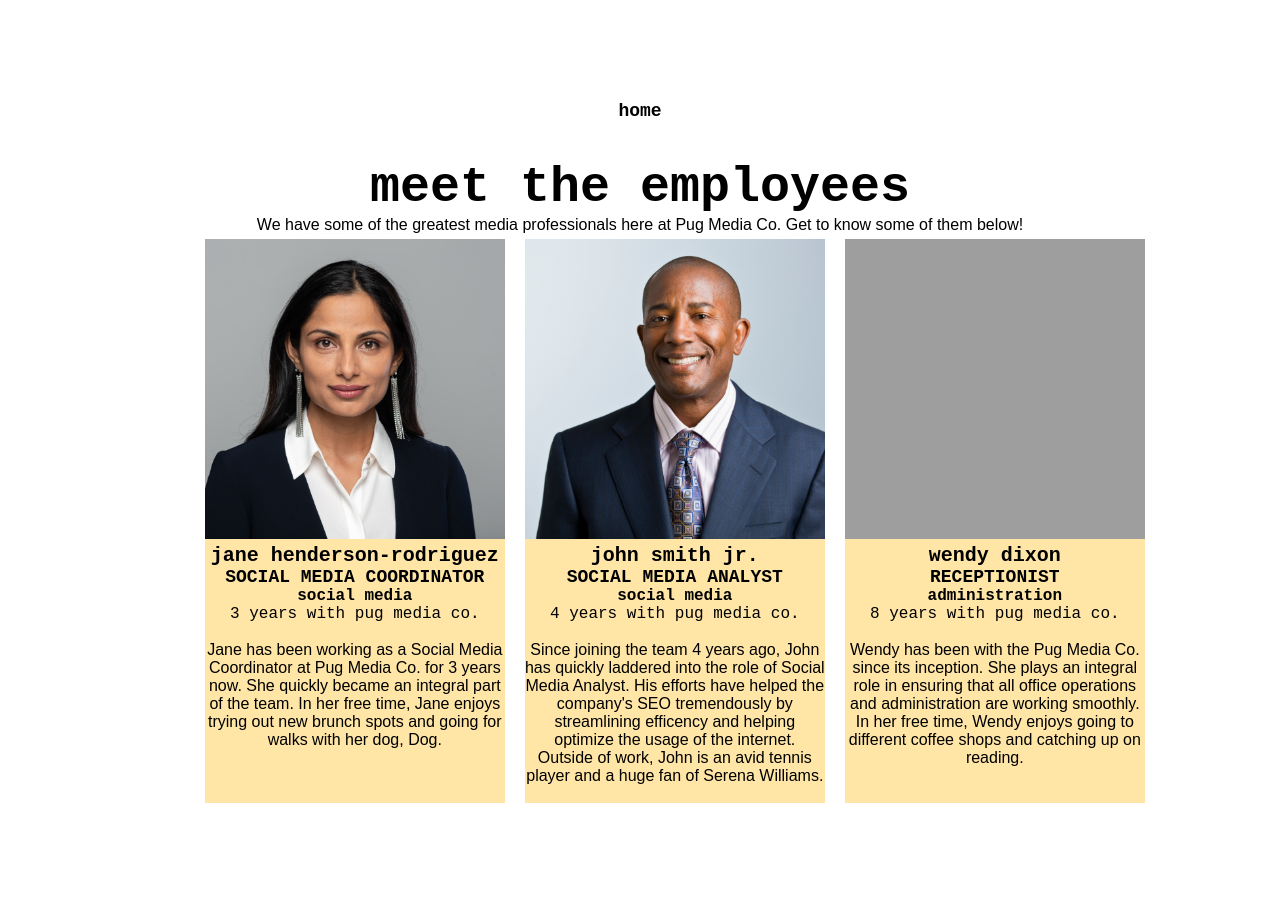
Repository: cheungglenda/MDIA2109-Week3
Page: /about
An editor plug-in stored every save of this project. The page is shown before and after the next save, followed by the edit.
The browser window is 1280 px wide. The pictures show the whole page.
Pictures or frames that could not be fetched are drawn as grey boxes. The project was rebuilt for these pictures with package versions that can differ from the ones it lists, and the page was loaded fresh each time. The framework's server and built-in components were replaced by stand-ins that run in the browser. Also part of the build but not shown: next.config.js.

Above is the page before, as saved 2023-01-20 12:43:38.

After the next save:
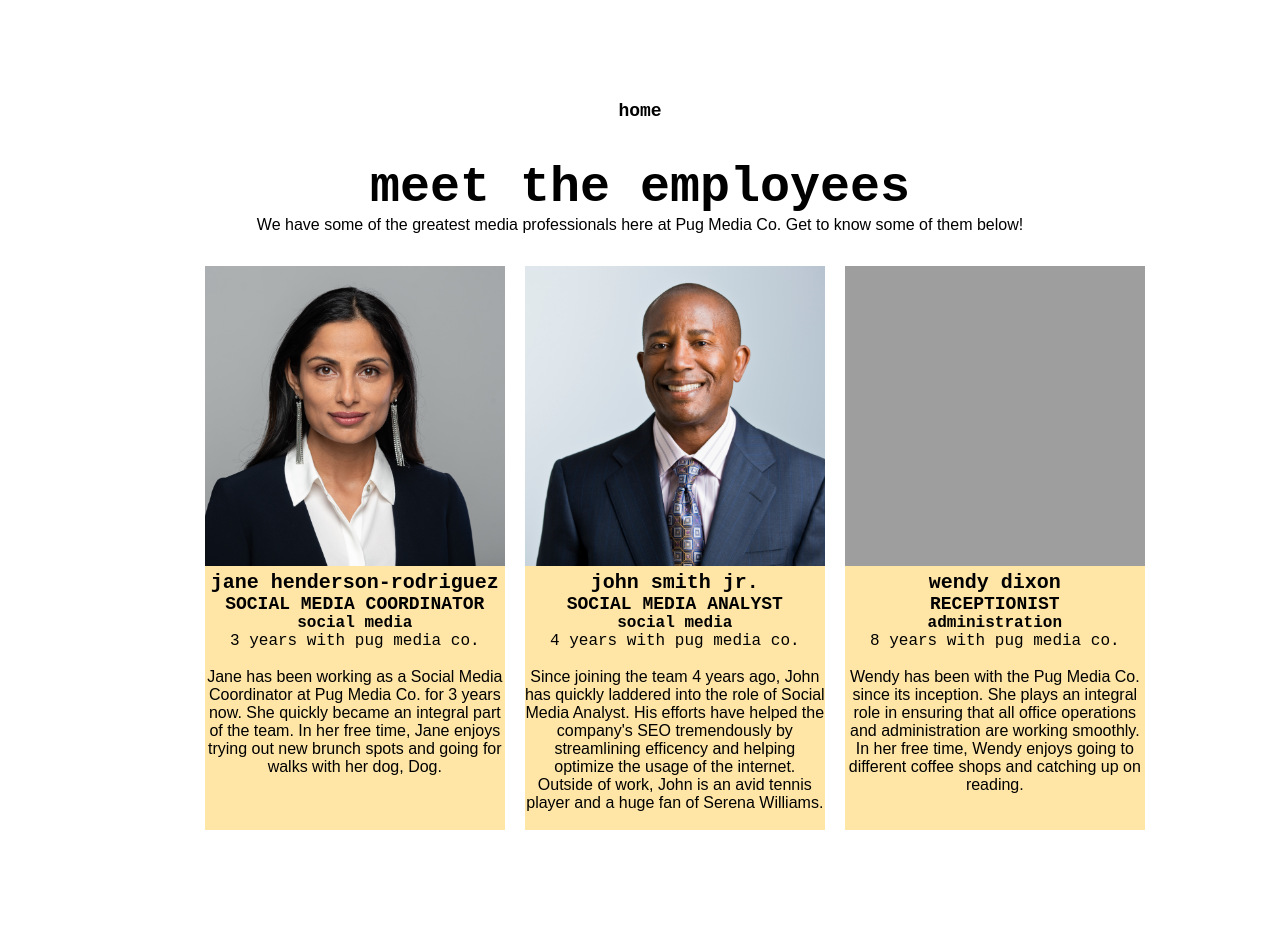
Saved 6 s later.
--- a/styles/Home.module.css
+++ b/styles/Home.module.css
@@ -113,7 +113,7 @@
 
 .titleDesc {
   font-size:16px;
-  margin-bottom:5px;
+  margin-bottom:3%;
 }
 
 .center {
